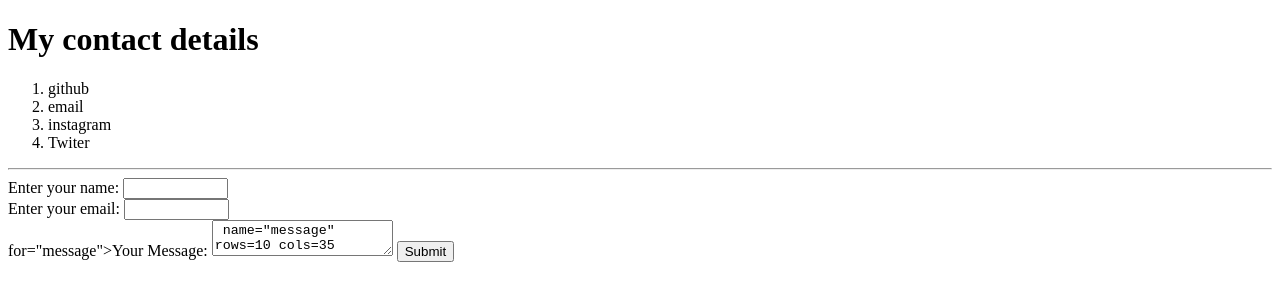
Repository: ew-code/Web-Development
Page: HTML - Personal Site/contact.html
The author's editor kept a copy of each file at every save. The page is drawn from the files as they stood at one save, then again after a run of saves.
The browser window is 1280 px wide. The pictures show the whole page.

Above is the page before, as saved 2021-01-04 23:59:34.

After the next 4 saves:
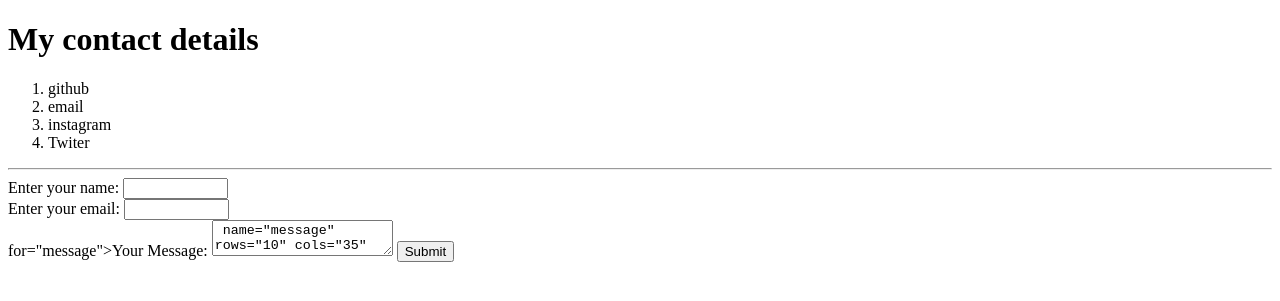
The 4 saves are shown as one change because they came seconds apart.
The last was saved 13 s later.
--- a/HTML - Personal Site/contact.html
+++ b/HTML - Personal Site/contact.html
@@ -23,7 +23,7 @@
     <label for="email">Enter your email:</label>
     <input type="email" name="email" id="email" minlength="4" maxlength="50" size="10"><br>
     <label> for="message">Your Message:</label>
-    <textarea> name="message" rows=10 cols=35  </textarea>
+    <textarea> name="message" rows="10" cols="35"  </textarea>
     <input type="submit">
   </form>
 
